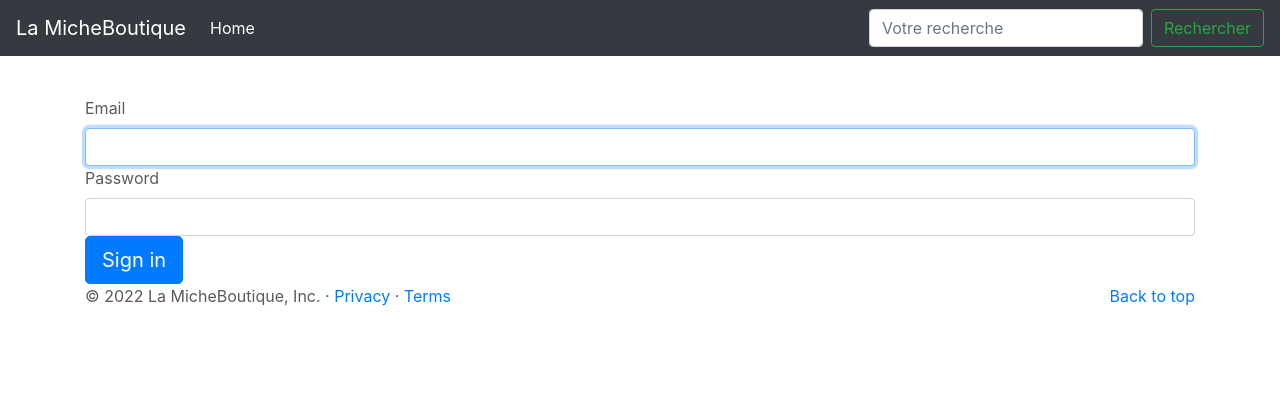
Repository: Michelhof1978/La-MicheBoutique
Page: templates/security/login.html.twig
An editor plug-in stored every save of this project. The page is shown before and after the next save, followed by the edit.
The browser window is 1280 px wide. The pictures show the whole page.
The page is a Twig template of a Symfony application; nobody is signed in and links lead nowhere. The template is opened directly, without the code that normally fills it, so the values that code supplies are empty.

Above is the page before, as saved 2022-01-17 10:27:10.

After the next save:
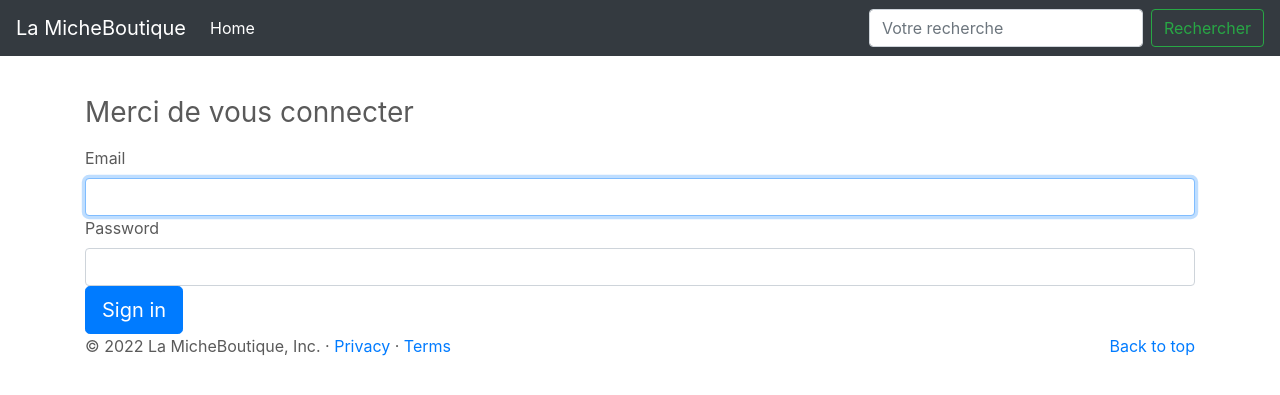
Saved 9 s later.
--- a/templates/security/login.html.twig
+++ b/templates/security/login.html.twig
@@ -14,7 +14,7 @@
         </div>
     {% endif %}
 
-    <h1 class="h3 mb-3 font-weight-normal"></h1>
+    <h1 class="h3 mb-3 font-weight-normal">Merci de vous connecter</h1>
     <label for="inputEmail">Email</label>
     <input type="email" value="{{ last_username }}" name="email" id="inputEmail" class="form-control" autocomplete="email" required autofocus>
     <label for="inputPassword">Password</label>
